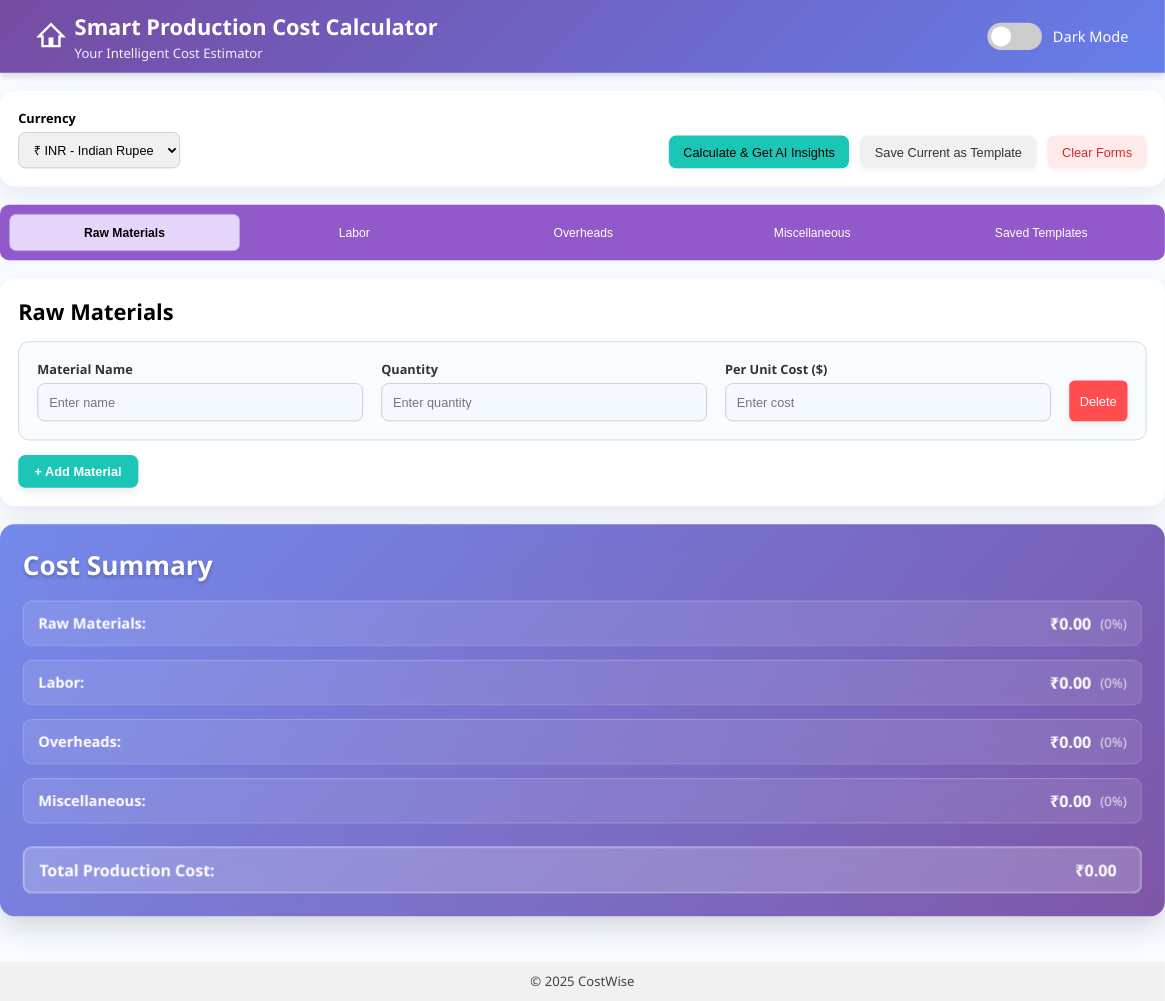
Repository: syntaxion25/COSTWISE
Page: index.html
These files come from the project's save history. The page is drawn as it stood at one moment and after the next save; the edit follows.
The browser window is 1280 px wide. The pictures show the whole page, at 91% of full size.

Above is the page before, as saved 2025-06-13 19:58:37.
Console error: ReferenceError: savedTemplates is not defined

### index.html
<!DOCTYPE html>
<html lang="en">

<head>
    <meta charset="UTF-8" />
    <meta name="viewport" content="width=device-width, initial-scale=1.0" />
    <title>CostWise</title>
    <link rel="stylesheet" href="style.css" />
</head>

<body>
    <header>
  <div class="container">
    <div class="header-left">
      <svg class="logo" viewBox="0 0 24 24" fill="none">
        <!-- SVG path -->
        <path d="M12 2L2 12h3v8h6v-6h2v6h6v-8h3L12 2z" stroke="currentColor" stroke-width="2"/>
      </svg>
      <div>
        <h1>Smart Production Cost Calculator</h1>
        <p class="slogan">Your Intelligent Cost Estimator</p>
      </div>
    </div>
    <div class="header-right">
      <div class="toggle-container">
        <label class="switch">
          <input type="checkbox" id="nightToggle">
          <span class="slider"></span>
        </label>
        <span class="label-text">Dark Mode</span>
      </div>
    </div>
  </div>
</header>


    <main>
        <div class="card-container">
            <div class="card-header">
                <div class="currency-select">
                    <label for="currency">Currency</label>
                    <select id="currency">
                        <option value="INR">₹ INR - Indian Rupee</option>
                        <option value="EUR">€ EUR - Euro</option>
                        <option value="USD">$ USD - US Dollar</option>
                    </select>
                </div>
                <div class="button-group">
                    <button onclick="calculateAI()" class="btn primary">Calculate & Get AI Insights</button>
                    <button onclick="openSaveModal()" class="btn secondary">Save Current as Template</button>
                    <button onclick="clearForms()" class="btn danger">Clear Forms</button>
                </div>
            </div>
        </div>

        <div class="tab-wrapper">
            <div class="tab-container">
                <button class="tab" data-tab="materials_parent">Raw Materials</button>
                <button class="tab" data-tab="labor_parent">Labor</button>
                <button class="tab" data-tab="overheads_parent">Overheads</button>
                <button class="tab" data-tab="tab4">Miscellaneous</button>
                <button class="tab" data-tab="tab5">Saved Templates</button>
            </div>
        </div>

        <!-- Raw Materials -->
        <div id="materials_parent" class="raw-materials-card">
            <h2>Raw Materials</h2>
            <div class="outlined-wrapper material-block">
                <div class="material-inputs-labeled">
                    <div class="input-group">
                        <label>Material Name</label>
                        <input type="text" placeholder="Enter name" id="material_name" class="material-name" />
                    </div>
                    <div class="input-group">
                        <label>Quantity</label>
                        <input type="number" placeholder="Enter quantity" id="material_quantity" class="material-quantity" />
                    </div>
                    <div class="input-group">
                        <label>Per Unit Cost ($)</label>
                        <input type="number" placeholder="Enter cost" id="material_cost" class="material-cost" />
                    </div>
                    <button onclick="deleteElement(this)" class="delete-btn">Delete</button>
                </div>
            </div>
            <button onclick="createMaterialElement()" class="addbutton">+ Add Material</button>
        </div>

        <!-- Labor -->
        <div id="labor_parent" class="raw-materials-card">
            <h2>Labor Costs</h2>
            <div class="outlined-wrapper labor-block">
                <div class="material-inputs-labeled">
                    <div class="input-group">
                        <label>Hours Worked</label>
                        <input type="number" placeholder="Enter number of hours" id="labor_hours" class="labor-hours" />
                    </div>
                    <div class="input-group">
                        <label>Labor Cost</label>
                        <input type="number" placeholder="Enter the cost of labor" id="labor_cost" class="labor-cost" />
                    </div>
                    <button onclick="deleteElement(this)" class="delete-btn">Delete</button>
                </div>
            </div>
            <button onclick="createLaborElement()" class="addbutton">+ Add Labor</button>
        </div>

        <!-- Overheads -->
        <div id="overheads_parent" class="raw-materials-card">
            <h2>Overheads Costs</h2>
            <div class="outlined-wrapper overhead-block">
                <div class="material-inputs-labeled">
                    <div class="input-group">
                        <label>Expense name</label>
                        <input type="text" placeholder="e.g, electricity, rent" id="overhead_name" class="overhead-name" />
                    </div>
                    <div class="input-group">
                        <label>Expense name</label>
                        <input type="number" placeholder="Enter the quantity" id="overhead_hours" class="overhead-hours" />
                    </div>
                    <div class="input-group">
                        <label>Cost</label>
                        <input type="number" placeholder="Enter the service cost" id="overhead_cost" class="overhead-cost" />
                    </div>
                    <button onclick="deleteElement(this)" class="delete-btn">Delete</button>
                </div>
            </div>
            <button onclick="createOverheadsElement()" class="addbutton">+ Add Overhead</button>
        </div>

        <!-- Miscellaneous -->
        <div id="miscellaneous_parent" class="raw-materials-card">
            <h2>Miscellaneous Costs</h2>
            <div class="outlined-wrapper miscellaneous-block">
                <div class="material-inputs-labeled">
                    <div class="input-group">
                        <label>Total Miscellaneous Costs</label>
                        <input type="number" placeholder="Enter total miscellaneous costs" id="miscellaneous_costs" class="miscellaneous-costs" />
                    </div>
                </div>
            </div>
        </div>

        <!-- Saved Templates -->
        <div id="saved_templates" class="raw-materials-card">
            <h2>Saved Templates</h2>
            <div class="outlined-wrapper saved-templates-block">
                <div class="template-list">
                    <p class="no-templates">No saved templates yet. Create and save a template to see it here.</p>
                </div>
            </div>
        </div>
    </main>

    <footer>
        <p>&copy; 2025 CostWise</p>
    </footer>

    <script src="app.js"></script>
</body>
</html>

### style.css
* {
  margin: 0;
  padding: 0;
  box-sizing: border-box;
}

body {
  font-family: 'Segoe UI', sans-serif;
  background-color: #f8fbff;
  padding-top: 80px; /* space for fixed header */
}

header {
  position: fixed;
  top: 0;
  width: 100%;
  background: linear-gradient(135deg, #764ba2 0%, #667eea 100%);
  color: white;
  padding: 12px 20px;
  box-shadow: 0 3px 8px rgba(0, 0, 0, 0.15);
  z-index: 1000;
}

.container {
  display: flex;
  justify-content: space-between;
  align-items: center;
  max-width: 1200px;
  margin: 0 auto;
}

.header-left {
  display: flex;
  align-items: center;
  gap: 10px;
}

.logo {
  width: 32px;
  height: 32px;
  stroke: white;
}

.header-left h1 {
  margin: 0;
  font-size: 1.5rem;
  font-weight: 600;
}

.header-right p {
  margin: 0;
  font-size: 0.9rem;
  opacity: 0.9;
  text-align: right;
}

@media (max-width: 600px) {
  .container {
    flex-direction: column;
    align-items: flex-start;
    gap: 8px;
  }

  .header-right p {
    text-align: left;
  }
}

footer {
  margin-top: 50px;
  text-align: center;
  padding: 12px;
  background-color: #f1f1f1;
  font-size: 0.9rem;
  color: #444;
}

/* Card Styles */
.card-container {
  background: #fff;
  padding: 20px;
  margin: 20px auto;
  border-radius: 16px;
  box-shadow: 0 8px 24px rgba(0, 0, 0, 0.08);
  max-width: 1400px;
}

/* Cost Summary Card */
.cost-summary-card {
  background: linear-gradient(135deg, #667eea 0%, #764ba2 100%);
  color: white;
  padding: 25px;
  margin: 20px auto;
  border-radius: 16px;
  box-shadow: 0 12px 32px rgba(0, 0, 0, 0.15);
  max-width: 1400px;
  position: relative;
  overflow: hidden;
}

.cost-summary-card::before {
  content: '';
  position: absolute;
  top: 0;
  left: 0;
  right: 0;
  bottom: 0;
  background: linear-gradient(45deg, rgba(255,255,255,0.1) 0%, rgba(255,255,255,0.05) 100%);
  pointer-events: none;
}

.cost-summary-card h2 {
  margin-bottom: 20px;
  font-size: 1.8rem;
  font-weight: 700;
  text-shadow: 0 2px 4px rgba(0,0,0,0.3);
}

.cost-breakdown {
  display: flex;
  flex-direction: column;
  gap: 15px;
}

.cost-item {
  display: flex;
  justify-content: space-between;
  align-items: center;
  padding: 12px 16px;
  background: rgba(255, 255, 255, 0.1);
  border-radius: 10px;
  backdrop-filter: blur(10px);
  border: 1px solid rgba(255, 255, 255, 0.2);
  transition: all 0.3s ease;
}

.cost-item:hover {
  background: rgba(255, 255, 255, 0.15);
  transform: translateY(-2px);
}

.cost-item.total-cost {
  background: rgba(255, 255, 255, 0.2);
  border: 2px solid rgba(255, 255, 255, 0.3);
  font-weight: 700;
  font-size: 1.1rem;
  margin-top: 10px;
}

.cost-label {
  font-weight: 600;
  flex: 1;
}

.cost-value {
  font-weight: 700;
  font-size: 1.1rem;
  margin-right: 10px;
}

.cost-percentage {
  font-size: 0.9rem;
  opacity: 0.8;
  font-weight: 500;
}

.card-header {
  display: flex;
  flex-wrap: wrap;
  justify-content: space-between;
  align-items: flex-end;
  gap: 20px;
}

/* Currency Dropdown */
.currency-select label {
  display: block;
  font-weight: 600;
  margin-bottom: 6px;
  font-size: 14px;
}

.currency-select select {
  padding: 10px 12px;
  font-size: 14px;
  border: 1px solid #ccc;
  border-radius: 8px;
  background-color: #f0f0f0;
  transition: all 0.2s ease-in-out;
}

.currency-select select:hover {
  border-color: #00ddff;
  background-color: #fff;
  box-shadow: 0 0 4px rgba(28, 198, 182, 0.3);
}

/* Buttons */
.button-group {
  display: flex;
  gap: 12px;
  flex-wrap: wrap;
}

.btn {
  padding: 10px 16px;
  font-size: 14px;
  font-weight: 500;
  border: none;
  border-radius: 8px;
  cursor: pointer;
  transition: all 0.2s ease-in-out;
  box-shadow: 0 2px 6px rgba(0,0,0,0.05);
}

.btn:hover {
  transform: translateY(-2px);
  box-shadow: 0 4px 12px rgba(0,0,0,0.1);
}

.btn.primary {
  background-color: #1cc6b6;
  color: rgb(0, 0, 0);
}

.btn.primary:hover {
  background-color: #00ddff;
}

.btn.secondary {
  background-color: #f0f0f0;
  color: #333;
}

.btn.secondary:hover {
  background-color: #e0e0e0;
}

.btn.danger {
  background-color: #ffeaea;
  color: #d62828;
}

.btn.danger:hover {
  background-color: #ffcccc;
}

svg {
  width: 24px;
  height: 24px;
}

.tab-wrapper {
  max-width: 1400px;
  margin: 20px auto;
}

.tab-container {
  display: flex;
 background-color:  #9159c9;
  border-radius: 10px;
  padding: 10px;
  overflow-x: auto;
  box-shadow: 0 2px 8px rgba(0, 0, 0, 0.05);
}

.tab {
  flex: 1;
   background-color:  #9159c9;
  padding: 12px 16px;
  text-align: center;
  color: #ffffff;
  font-weight: 500;
  text-decoration: none;
  transition: background-color 0.3s, font-weight 0.3s;
  white-space: nowrap;
  border : none;
}

.tab:hover {
  background-color: #c870e6;
  border-radius: 8px;
}

.tab.active {
  background-color: #e5d5fb;
  font-weight: bold;
  border: 1.5px solid #afa4de;
  color: black;
  border-radius: 8px;
}

.tab.saved-template::before {
  content: "📁";
  margin-right: 6px;
}

.raw-materials-card {
  background: #fff;
  padding: 20px;
  margin: 20px auto;
  width: auto;
  border-radius: 16px;
  box-shadow: 0 8px 24px rgba(0, 0, 0, 0.08);
  max-width: 1400px;
  /* display: none; */
}

.outlined-wrapper {
  border: 1.5px solid #cbd5e1;
  border-radius: 12px;
  padding: 20px;
  margin-top: 16px;
  background-color: #f9fcff;
}

.material-inputs-labeled {
  display: flex;
  gap: 20px;
  flex-wrap: wrap;
}

.input-group {
  display: flex;
  flex-direction: column;
  flex: 1;
  min-width: 200px;
}

.input-group label {
  font-weight: 600;
  margin-bottom: 6px;
  font-size: 14px;
  color: #333;
}

.input-group input {
  padding: 12px;
  border: 1px solid #ccc;
  border-radius: 8px;
  font-size: 14px;
  background-color: #f4f9ff;
  transition: border-color 0.3s, background-color 0.3s;
}

.input-group input:focus {
  border-color: #007bff;
  background-color: #fff;
  outline: none;
}

.addbutton{
  margin-top: 16px;
  padding: 10px 18px;
  font-size: 14px;
  font-weight: 600;
  color: #fff;
  background-color: #1cc6b6;
  border: none;
  border-radius: 8px;
  cursor: pointer;
  transition: background-color 0.3s ease, transform 0.2s;
  box-shadow: 0 4px 10px rgba(0, 0, 0, 0.08);
}

.addbutton:hover {
  background-color: #00bfa6;
  transform: translateY(-2px);
}

.delete-btn {
  background-color: #ff4d4f;
  color: white;
  border: none;
  border-radius: 6px;
  padding: 8px 12px;
  font-size: 14px;
  cursor: pointer;
  transition: background-color 0.2s ease, transform 0.2s;
  margin-top: 22px;
  box-shadow: 0 2px 6px rgba(0, 0, 0, 0.1);
}

.delete-btn:hover {
  background-color: #e60000;
  transform: scale(1.05);
}

/* ========== NIGHT MODE ========== */
body.dark-mode {
  background-color: #121212;
  color: #e0e0e0;
}

body.dark-mode header {
  background-color: #1f1f1f;
  color: white;
}

body.dark-mode .logo {
  stroke: white;
}

body.dark-mode footer {
  background-color: #1f1f1f;
  color: #ccc;
}

body.dark-mode .card-container,
body.dark-mode .raw-materials-card,
body.dark-mode .outlined-wrapper {
  background-color: #1e1e1e;
  border-color: #333;
  color: #e0e0e0;
}

body.dark-mode .cost-summary-card {
  background: linear-gradient(135deg, #2d3748 0%, #4a5568 100%);
  color: #e2e8f0;
}

body.dark-mode .cost-item {
  background: rgba(255, 255, 255, 0.05);
  border: 1px solid rgba(255, 255, 255, 0.1);
}

body.dark-mode .cost-item:hover {
  background: rgba(255, 255, 255, 0.1);
}

body.dark-mode .cost-item.total-cost {
  background: rgba(255, 255, 255, 0.1);
  border: 2px solid rgba(255, 255, 255, 0.2);
}

body.dark-mode .tab-container {
  background-color: #2c2c2c;
}

body.dark-mode .tab {
  background-color: #2c2c2c;
  color: #a0c4ff;
}

body.dark-mode .tab:hover {
  background-color: #444;
}

body.dark-mode .tab.active {
  background-color: #333;
  border-color: #555;
}

body.dark-mode input,
body.dark-mode select {
  background-color: #2c2c2c;
  color: #f0f0f0;
  border: 1px solid #555;
}

body.dark-mode input::placeholder,
body.dark-mode select::placeholder {
  color: #aaa;
}


body.dark-mode .btn,
body.dark-mode .addbutton {
  background-color: #333;
  color: #fff;
  border-color: #444;
}

body.dark-mode .btn.primary {
  background-color: #007bff;
  color: white;
}

body.dark-mode .btn.secondary {
  background-color: #444;
  color: #fff;
}

body.dark-mode .btn.danger {
  background-color: #a32020;
  color: white;
}

body.dark-mode .delete-btn {
  background-color: #cc0000;
}

body.dark-mode .delete-btn:hover {
  background-color: #ff1a1a;
}

.tab-content {
  display: none;
  max-width: 1400px;
  margin: 20px auto;
}

.tab-content.active {
  display: block;
}

.theme-toggle-wrapper {
  position: fixed;
  top: 16px;
  right: 16px;
  z-index: 1001;
}

.dark-toggle {
  font-size: 1.2rem;
  background: none;
  border: none;
  color: white;
  cursor: pointer;
}

.toggle-container {
  display: flex;
  align-items: center;
  gap: 12px;
}

.switch {
  position: relative;
  display: inline-block;
  width: 60px;
  height: 30px;
}

.switch input {
  opacity: 0;
  width: 0;
  height: 0;
}

.slider {
  position: absolute;
  top: 0;
  left: 0;
  right: 0;
  bottom: 0;
  background-color: #ccc;
  border-radius: 34px;
  transition: background-color 0.4s;
  cursor: pointer;
}

.slider::before {
  content: "";
  position: absolute;
  height: 22px;
  width: 22px;
  left: 4px;
  bottom: 4px;
  background-color: white;
  border-radius: 50%;
  transition: transform 0.4s;
}

/* Toggle ON */
input:checked + .slider {
  background-color: #4a4a4a;
}

input:checked + .slider::before {
  transform: translateX(30px);
}

/* Responsive Design for Cost Summary */
@media (max-width: 768px) {
  .cost-item {
    flex-direction: column;
    text-align: center;
    gap: 8px;
  }

  .cost-label, .cost-value, .cost-percentage {
    margin: 0;
  }

  .cost-summary-card {
    margin: 15px;
    padding: 20px;
  }

  .cost-summary-card h2 {
    font-size: 1.5rem;
  }
}

/* Slogan under title */
.slogan {
  font-size: 0.9rem;
  opacity: 0.9;
  margin-top: 4px;
}

/* Adjust for mobile */
@media (max-width: 600px) {
  .header-left {
    flex-direction: column;
    align-items: flex-start;
  }

  .slogan {
    text-align: left;
  }

  .header-right {
    width: 100%;
    display: flex;
    justify-content: flex-end;
  }

  .toggle-container {
    justify-content: flex-end;
    width: 100%;
  }
}

/* Updated Dark Mode Gradient */
body.dark-mode header {
  background: linear-gradient(135deg, #2c2c2c 0%, #434343 100%);
}

body.dark-mode .input-group label {
  color: #ffffff;
}

Loaded but not shown: app.js (595 lines, source omitted)

After the next save:
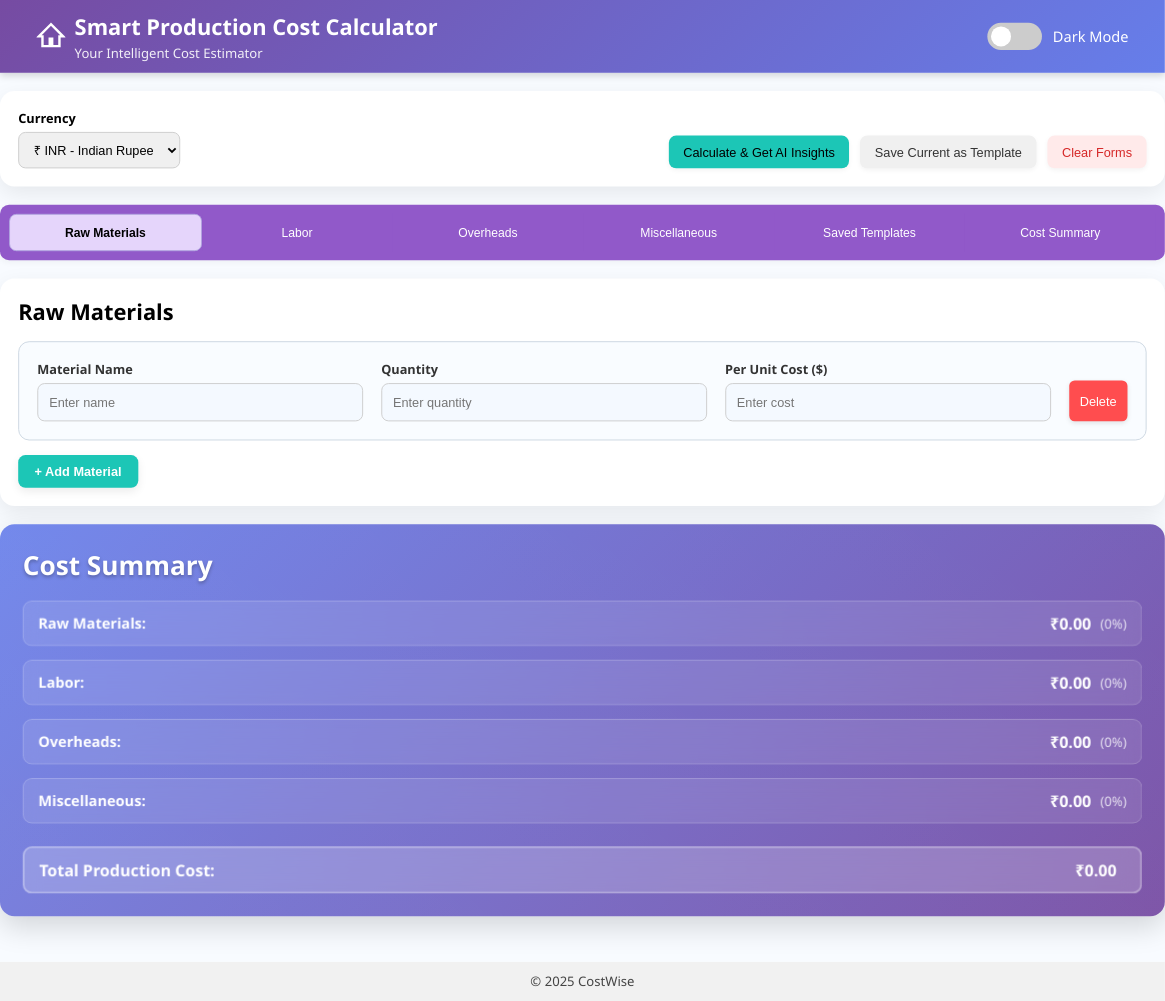
Saved 5 min 3 s later.
--- a/index.html
+++ b/index.html
@@ -33,7 +33,6 @@
   </div>
 </header>
 
-
     <main>
         <div class="card-container">
             <div class="card-header">
@@ -58,8 +57,9 @@
                 <button class="tab" data-tab="materials_parent">Raw Materials</button>
                 <button class="tab" data-tab="labor_parent">Labor</button>
                 <button class="tab" data-tab="overheads_parent">Overheads</button>
-                <button class="tab" data-tab="tab4">Miscellaneous</button>
-                <button class="tab" data-tab="tab5">Saved Templates</button>
+                <button class="tab" data-tab="miscellaneous_parent">Miscellaneous</button>
+                <button class="tab" data-tab="saved_templates">Saved Templates</button>
+                <button class="tab" data-tab="cost_summary">Cost Summary</button>
             </div>
         </div>
 
@@ -115,7 +115,7 @@
                         <input type="text" placeholder="e.g, electricity, rent" id="overhead_name" class="overhead-name" />
                     </div>
                     <div class="input-group">
-                        <label>Expense name</label>
+                        <label>Quantity/Hours</label>
                         <input type="number" placeholder="Enter the quantity" id="overhead_hours" class="overhead-hours" />
                     </div>
                     <div class="input-group">
@@ -150,6 +150,37 @@
                 </div>
             </div>
         </div>
+
+        <!-- Cost Summary (now a proper tab) -->
+        <div id="cost_summary" class="raw-materials-card cost-summary-card">
+            <h2>Cost Summary</h2>
+            <div class="cost-breakdown">
+                <div class="cost-item">
+                    <span class="cost-label">Raw Materials:</span>
+                    <span class="cost-value">₹0.00</span>
+                    <span class="cost-percentage">(0%)</span>
+                </div>
+                <div class="cost-item">
+                    <span class="cost-label">Labor:</span>
+                    <span class="cost-value">₹0.00</span>
+                    <span class="cost-percentage">(0%)</span>
+                </div>
+                <div class="cost-item">
+                    <span class="cost-label">Overheads:</span>
+                    <span class="cost-value">₹0.00</span>
+                    <span class="cost-percentage">(0%)</span>
+                </div>
+                <div class="cost-item">
+                    <span class="cost-label">Miscellaneous:</span>
+                    <span class="cost-value">₹0.00</span>
+                    <span class="cost-percentage">(0%)</span>
+                </div>
+                <div class="cost-item total-cost">
+                    <span class="cost-label">Total Production Cost:</span>
+                    <span class="cost-value">₹0.00</span>
+                </div>
+            </div>
+        </div>
     </main>
 
     <footer>
